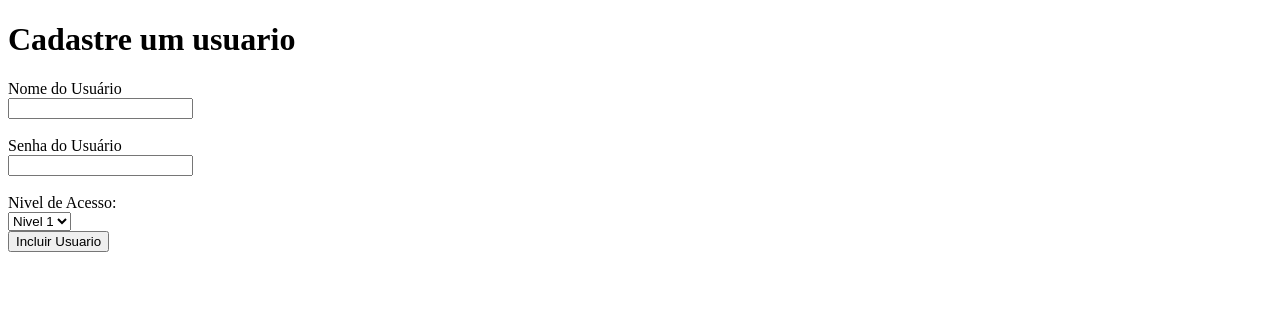
Repository: kelvincarvalho/Desenvolvimento_Java
Page: http://localhost/01_SpringWeb-2/WEB-INF/views/cadastro/incluirUsuario.jsp
These files come from the project's save history. The page is drawn as it stood at one moment and after the next save; the edit follows.
The browser window is 1280 px wide. The pictures show the whole page.
The page is served by Tomcat 9. Nobody is signed in. Other server files are loaded and not shown. The template is opened directly, without the code that normally fills it, so the values that code supplies are empty.

Above is the page before, as saved 2017-10-04 18:23:17.

### Modulo04/01_SpringWeb/01_SpringWeb-2/WebContent/WEB-INF/views/cadastro/incluirUsuario.jsp
<%@ page language="java" contentType="text/html; charset=ISO-8859-1"
    pageEncoding="ISO-8859-1"%>
 <%@ taglib uri="http://java.sun.com/jsp/jstl/core" prefix="c"%>
<!DOCTYPE html PUBLIC "-//W3C//DTD HTML 4.01 Transitional//EN" "http://www.w3.org/TR/html4/loose.dtd">
<html>
<head>
<meta http-equiv="Content-Type" content="text/html; charset=ISO-8859-1">
<title>Incluir Usuario</title>
</head>
<body>
<h1>Cadastre um usuario</h1>

<form action=<c:url value="/cadusuario"/> method="post">

	<label>Nome do Usuário</label><br/>
	<input type="text" name="nome"><br/><br/>

	<label>Senha do Usuário</label><br/>
	<input type="password" name="senha"><br/><br/>


	<label>Nivel de Acesso: </label><br/>
	<select name="nivel">

		 <option value="1">Nivel 1</option>
		 <option value="2">Nivel 2</option>
 		<option value="3">Nivel 3</option>

	</select><br/>


	<input type="submit" value="Incluir Usuario">
</form>
	${mensagem}

</body>
</html>

After the next save:
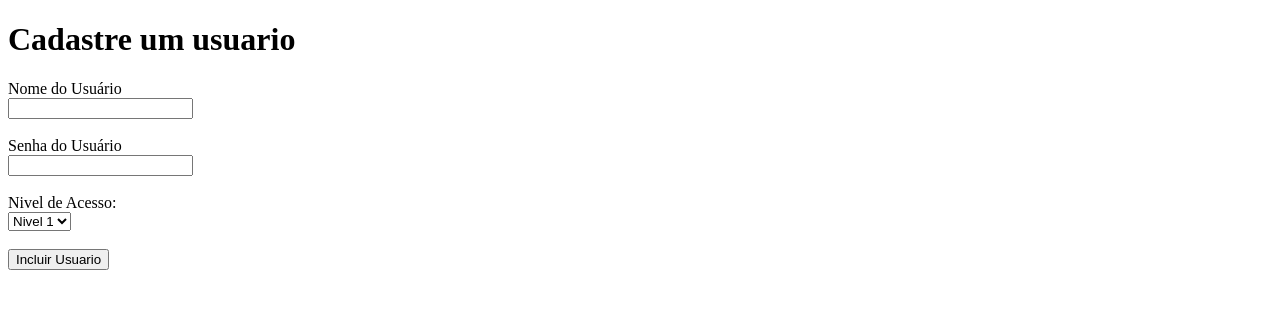
Saved 45 s later.
--- a/Modulo04/01_SpringWeb/01_SpringWeb-2/WebContent/WEB-INF/views/cadastro/incluirUsuario.jsp
+++ b/Modulo04/01_SpringWeb/01_SpringWeb-2/WebContent/WEB-INF/views/cadastro/incluirUsuario.jsp
@@ -26,7 +26,7 @@
 		 <option value="2">Nivel 2</option>
  		<option value="3">Nivel 3</option>
 
-	</select><br/>
+	</select><br/><br/>
 
 
 	<input type="submit" value="Incluir Usuario">
